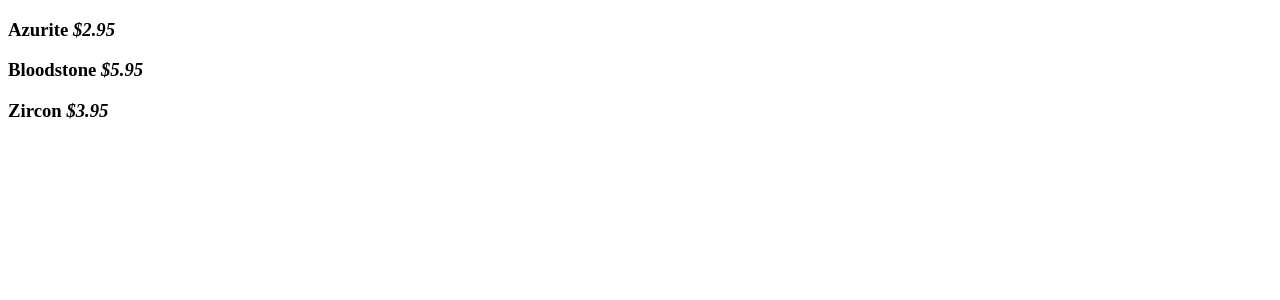
Repository: Steph84/webCodeRepos
Page: angularCodeSchool/index.html
An editor plug-in stored every save of this project. The page is shown before and after the next save, followed by the edit.
The browser window is 1280 px wide. The pictures show the whole page.
Some web libraries are served in a nearby version.

Above is the page before, as saved 2017-01-23 21:01:20.

### angularCodeSchool/index.html
<!DOCTYPE html>
<html ng-app="gemStore">
  <head>
  	<script src="https://ajax.googleapis.com/ajax/libs/angularjs/1.4.8/angular.min.js"></script>
    <script type="text/javascript" src="app.js"></script>
  </head>
  <body ng-controller="StoreController as store">
    <div class="product row" ng-repeat="product in store.products">
      <h3>
        {{product.name}}
        <em class="pull-right">${{product.price}}</em>
      </h3>
    </div>
  </body>
</html>

### angularCodeSchool/app.js
(function(){

  var app = angular.module('gemStore', []);

  app.controller('StoreController', function(){
    this.products = gems;
  });

  var gems = [
    { name: 'Azurite', price: 2.95 },
    { name: 'Bloodstone', price: 5.95 },
    { name: 'Zircon', price: 3.95 }
  ];
})();

After the next save:
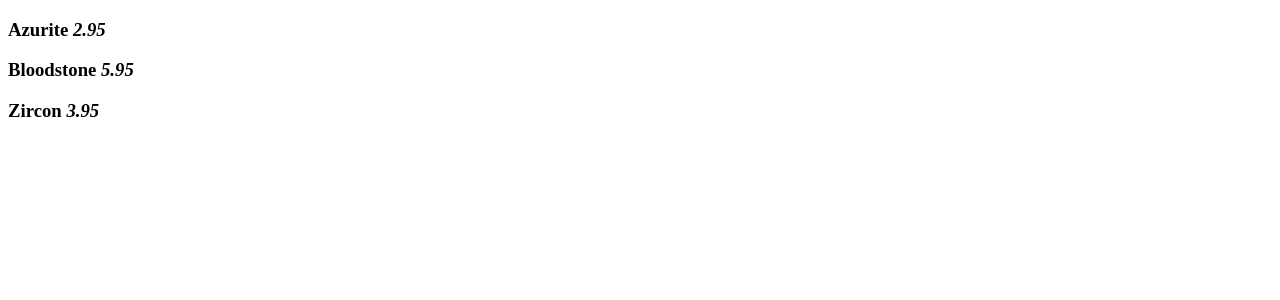
Saved 29 s later.
--- a/angularCodeSchool/index.html
+++ b/angularCodeSchool/index.html
@@ -8,8 +8,9 @@
     <div class="product row" ng-repeat="product in store.products">
       <h3>
         {{product.name}}
-        <em class="pull-right">${{product.price}}</em>
+        <em class="pull-right">{{product.price}}</em>
       </h3>
+      <button ng-show="product.canPurchase">Add to Cart</button>
     </div>
   </body>
 </html>
